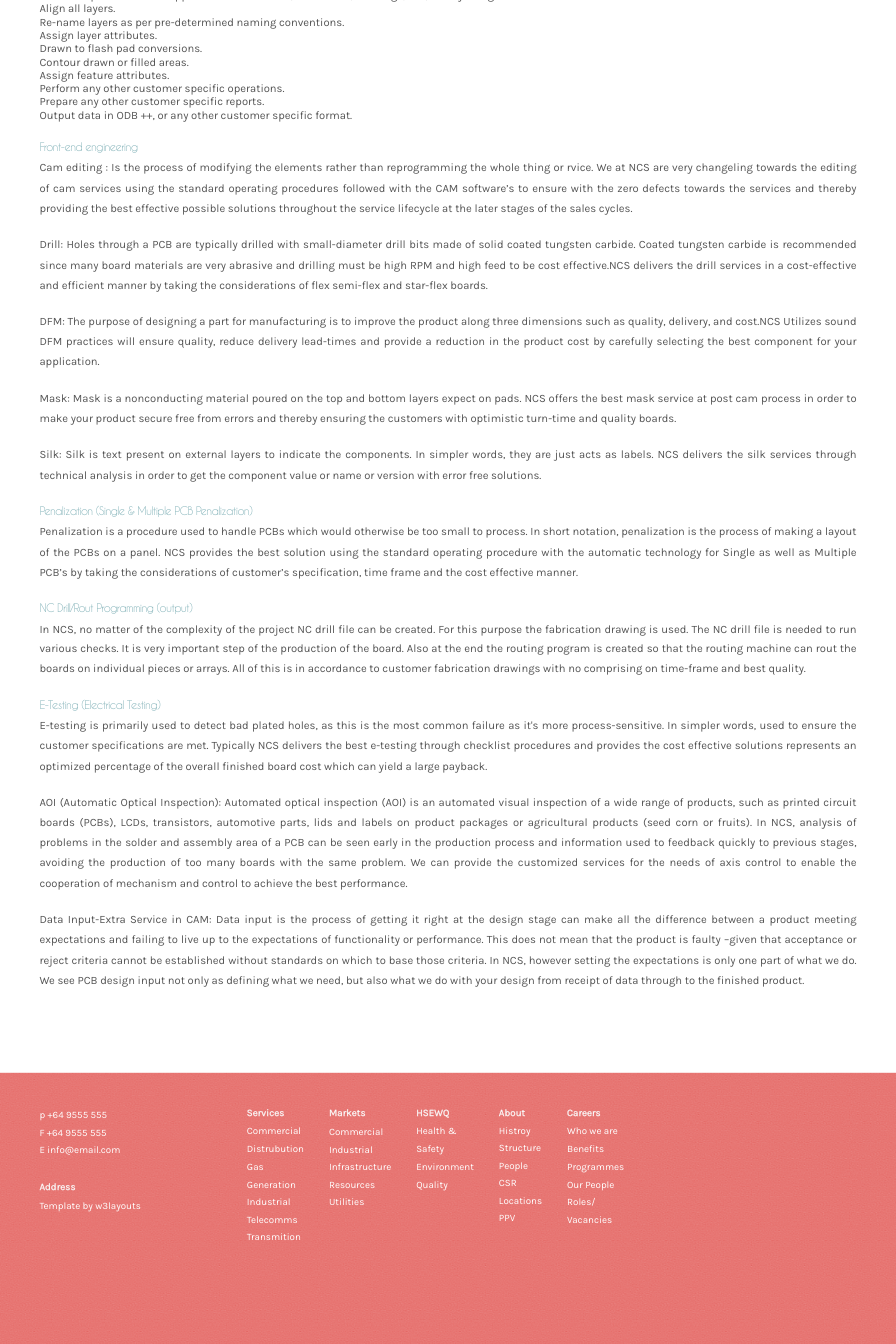
Repository: achalbi/NCS_demo
Page: public/CAM_Solutions.html
The author's editor kept a record of every edit. The page is drawn from the files as they stood at one moment, then again after the next edit.
The browser window is 1280 px wide. The pictures show the part of the page from y = 772 to 2692 px (the page is 2692 px tall before and 2691 px after), at 70% of full size.

Above is the page before.

After the next edit:
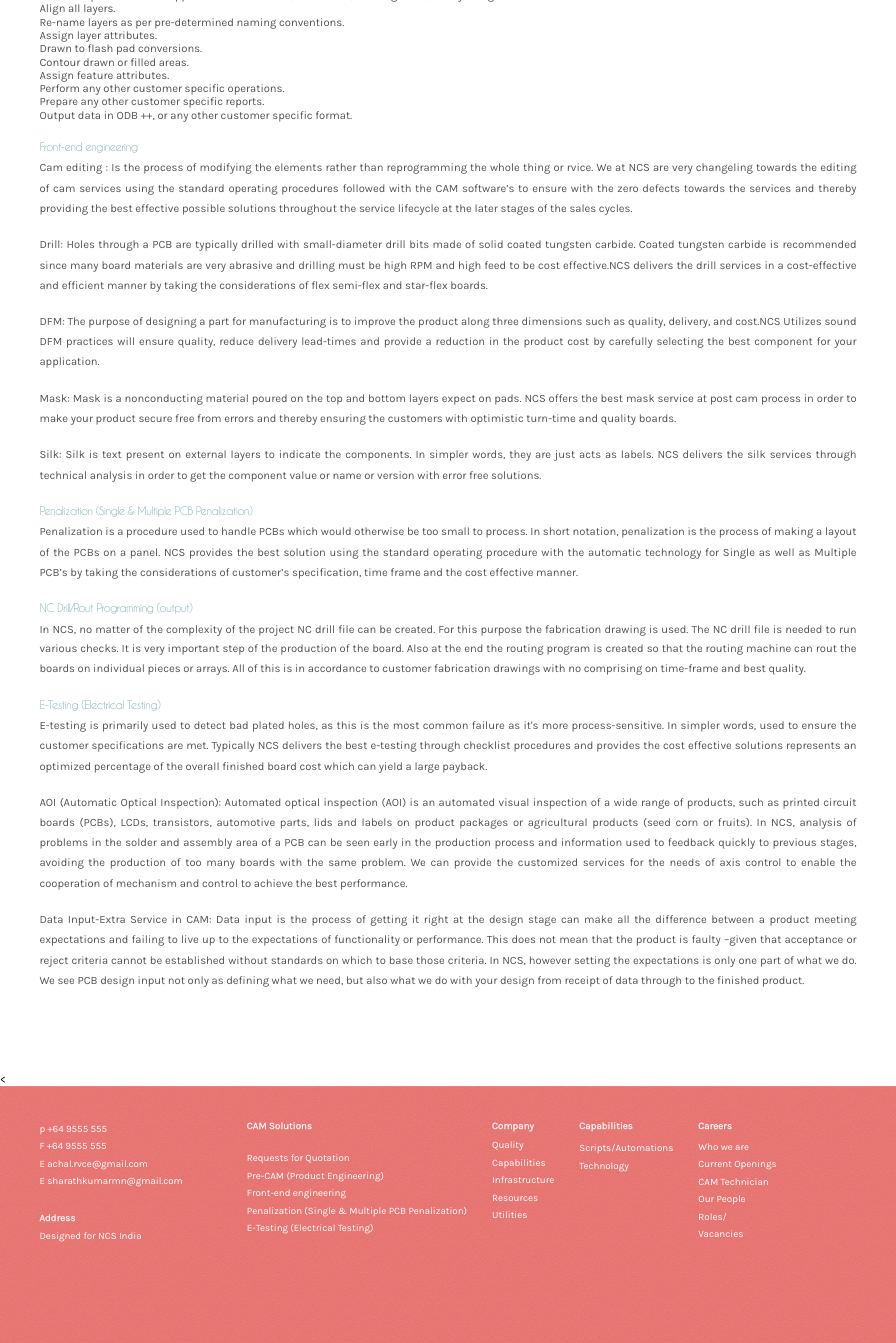
The edit:
--- a/public/CAM_Solutions.html
+++ b/public/CAM_Solutions.html
@@ -114,7 +114,7 @@
 </div>
 </div>
 <!-- start footer -->
-<div class="footer_bg">
+<<div class="footer_bg">
 <div class="wrap">
 <div class="wrapper">
 <div class="clear">
@@ -123,60 +123,46 @@
 			<div class="address">
 				<p>p +64 9555 555</p>
 				<p>F +64 9555 555</p>
-				<p>E <a href="">info@email.com</a> </p>
+				<p>E <a href="">achal.rvce@gmail.com</a> </p>
+				<p>E <a href="">sharathkumarmn@gmail.com</a> </p>
 				<h3 class="top">Address</h3>
-				<p class="top">Template by <a href="http://w3layouts.com">w3layouts</a></p>
+				<p class="top">Designed for <a href="http://www.ncs-india.com/"> NCS India</a></p>
 			</div>
 		</div>
 		<div class="grid1_of_2">
 			<div class="f_grid2 left">
-				<h3>Services</h3>
+				<h3>CAM Solutions</h3>
 				<ul class="f_nav">
-					<li><a href="">Commercial</a></li>
-					<li><a href="">Distrubution</a></li>
-					<li><a href="">Gas</a></li>
-					<li><a href="">Generation</a></li>
-					<li><a href="">Industrial</a></li>
-					<li><a href="">Telecomms</a></li>
-					<li><a href="">Transmition</a></li>
+					<li><a href="">Requests for Quotation </a></li>
+					<li><a href="">Pre-CAM (Product Engineering) </a></li>
+					<li><a href="">Front-end engineering</a></li>
+					<li><a href="">Penalization (Single & Multiple PCB Penalization)</a></li>
+					<li><a href="">E-Testing (Electrical Testing)</a></li>
 				</ul>
 			</div>
 			<div class="f_grid2 left">
-			<h3>Markets</h3>
+			<h3>Company</h3>
 			<ul class="f_nav">
-				<li><a href="">Commercial</a></li>
-				<li><a href="">Industrial</a></li>
+				<li><a href="">Quality</a></li>
+				<li><a href="">Capabilities</a></li>
 				<li><a href="">Infrastructure</a></li>
 				<li><a href="">Resources</a></li>
 				<li><a href="">Utilities</a></li>
 			</ul>
 			</div>
-			<div class="f_grid2 left">
-			<h3>HSEWQ</h3>
+			<div class="f_grid2 left hide">
+			<h3>Capabilities</h3>
 			<ul class="f_nav">
-				<li><a href="">Health &</a></li>
-				<li><a href="">Safety</a></li>
-				<li><a href="">Environment</a></li>
-				<li><a href="">Quality</a></li>
-			</ul>
-			</div>
-			<div class="f_grid2 left hide">
-			<h3>About</h3>
-			<ul class="f_nav">
-				<li><a href="">Histroy</a></li>
-				<li><a href="">Structure</a></li>
-				<li><a href="">People</a></li>
-				<li><a href="">CSR</a></li>
-				<li><a href="">Locations</a></li>
-				<li><a href="">PPV</a></li>
+				<li><a href="">Scripts/Automations</a></li>
+				<li><a href="">Technology</a></li>
 			</ul>
 			</div>
 			<div class="f_grid2 left hide">
 			<h3>Careers</h3>
 			<ul class="f_nav">
 				<li><a href="">Who we are</a></li>
-				<li><a href="">Benefits</a></li>
-				<li><a href="">Programmes</a></li>
+				<li><a href="">Current Openings</a></li>
+				<li><a href="">CAM Technician</a></li>
 				<li><a href="">Our People</a></li>
 				<li><a href="">Roles/</a></li>
 				<li><a href="">Vacancies</a></li>
